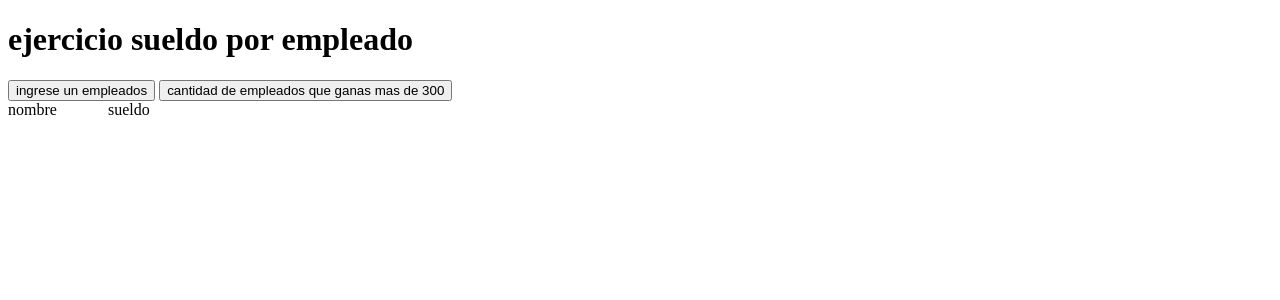
Repository: wolfmarcos/Ej-FormSesionEmpleados
Page: sueldoempleado.html
The author's editor kept a copy of each file at every save. The page is drawn from the files as they stood at one save, then again after a run of saves.
The browser window is 1280 px wide. The pictures show the whole page.

Above is the page before, as saved 2022-07-26 12:15:05.

After the next 2 saves:
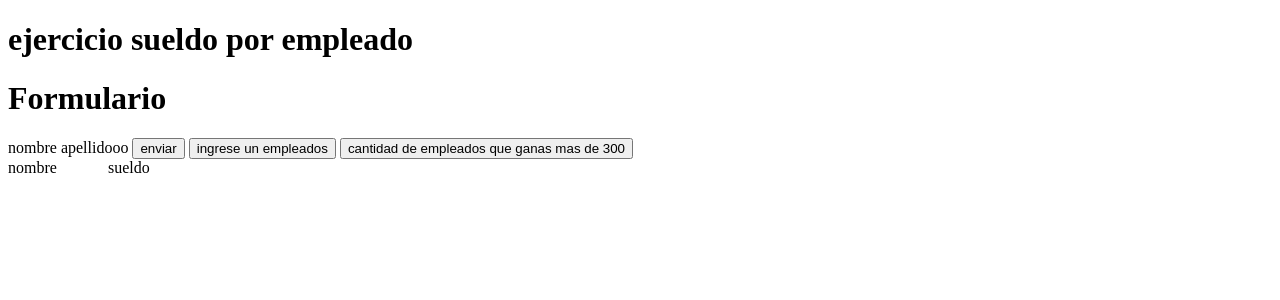
The 2 saves are shown as one change because they came seconds apart.
The last was saved 10 s later.
--- a/sueldoempleado.html
+++ b/sueldoempleado.html
@@ -9,6 +9,25 @@
 </head>
 <body>
     <h1>ejercicio sueldo por empleado</h1>
+
+
+    <h1>Formulario</h1>
+    <form action="./ej1.js" name="form" method="post">
+<leibel>nombre</leibel>
+
+
+<leibel>apellidooo</leibel>
+<imput type="text">
+
+<button type="submit"> enviar</button>
+    </form>
+
+
+
+
+
+
+
     <button id="agregarHTML">ingrese un empleados</button>
 
     <button id="empleadosMas300">cantidad de empleados que ganas mas de 300 </button>
